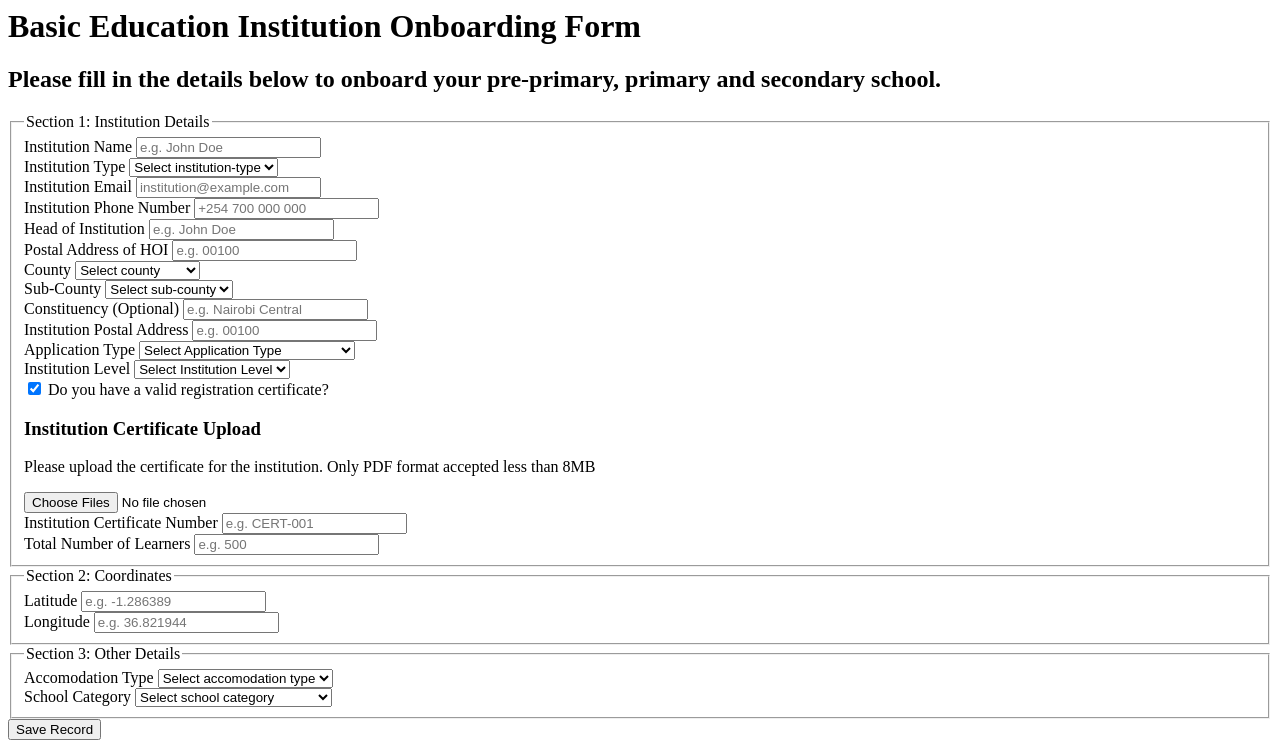
Repository: ndirituart/KEMIS
Page: angular-client/src/app/pages/basic-education/basic-education.html
These files come from the project's save history. The page is drawn as it stood at one moment and after the next save; the edit follows.
The browser window is 1280 px wide. The pictures show the whole page.

Above is the page before, as saved 2026-10-20 21:49:19.

### angular-client/src/app/pages/basic-education/basic-education.html
<div class="kemis-form-wrapper">
<form class="kemis-form" (ngSubmit)="onSubmit()" #myForm="ngForm">
<h1 class="text-center mb-4">Basic Education Institution Onboarding Form</h1>
<h2 class="text-center mb-4">Please fill in the details below to onboard your pre-primary, primary and secondary school.</h2>
  <!-- ========================================== -->
  <!-- Section 1: Institution Details                -->
  <!-- ========================================== -->
  <fieldset class="mb-4 p-3 border rounded">
    <legend class="float-none w-auto px-2 fs-5 fw-bold text-primary">Section 1: Institution Details</legend>

    <div class="row g-3">
      <!-- Institution Name -->
      <div class="col-md-6">
        <label for="fullName" class="form-label fw-semibold">Institution Name</label>
        <input type="text" class="form-control" id="fullName" name="fullName" placeholder="e.g. John Doe" required>
      </div>

      <!-- Type of School based on Gender -->
      <div class="col-md-6">
        <label for="institution-type" class="form-label fw-semibold">Institution Type</label>
        <select class="form-select" id="institution-type" name="institution-type" required>
          <option value="" disabled selected>Select institution-type</option>
          <option value="Boy's School">Boy's School</option>
          <option value="Girl's School">Girl's School</option>
          <option value="Mixed School">Mixed School</option>
        </select>
      </div>

      <!-- Institution Email -->
      <div class="col-md-6">
        <label for="emailId" class="form-label fw-semibold">Institution Email</label>
        <input type="email" class="form-control" id="emailId" name="emailId" placeholder="institution@example.com" required>
      </div>

      <!-- Institution Phone Number -->
      <div class="col-md-6">
        <label for="phoneNumber" class="form-label fw-semibold">Institution Phone Number</label>
        <input type="tel" class="form-control" id="phoneNumber" name="phoneNumber" placeholder="+254 700 000 000" required>
      </div>

      <!-- Head of Institution -->
      <div class="col-md-6">
        <label for="headOfInstitution" class="form-label fw-semibold">Head of Institution</label>
        <input type="text" class="form-control" id="headOfInstitution" name="headOfInstitution" placeholder="e.g. John Doe" required>
      </div>

      <!-- Postal Address of HOI -->
      <div class="col-md-6">
        <label for="postalAddressHoi" class="form-label fw-semibold">Postal Address of HOI</label>
        <input type="text" class="form-control" id="postalAddressHoi" name="postalAddressHoi" placeholder="e.g. 00100" required>
      </div>

      <!--County List-->
      <div class="col-md-6">
        <label for="county" class="form-label fw-semibold">County</label>
        <select class="form-select" id="county" name="county" required>
          <option value="" disabled selected>Select county</option>
      <option value="baringo">Baringo</option>
      <option value="bomet">Bomet</option>
      <option value="bungoma">Bungoma</option>
      <option value="busia">Busia</option>
      <option value="elgeyo marakwet">Elgeyo Marakwet</option>
      <option value="embu">Embu</option>
      <option value="garissa">Garissa</option>
      <option value="homa bay">Homa Bay</option>
      <option value="isiolo">Isiolo</option>
      <option value="kajiado">Kajiado</option>
      <option value="kakamega">Kakamega</option>
      <option value="kericho">Kericho</option>
      <option value="kiambu">Kiambu</option>
      <option value="kilifi">Kilifi</option>
      <option value="kirinyaga">Kirinyaga</option>
      <option value="kisii">Kisii</option>
      <option value="kisumu">Kisumu</option>
      <option value="kitui">Kitui</option>
      <option value="kwale">Kwale</option>
      <option value="laikipia">Laikipia</option>
      <option value="lamu">Lamu</option>
      <option value="machakos">Machakos</option>
      <option value="makueni">Makueni</option>
      <option value="mandera">Mandera</option>
      <option value="meru">Meru</option>
      <option value="migori">Migori</option>
      <option value="marsabit">Marsabit</option>
      <option value="mombasa">Mombasa</option>
      <option value="muranga">Muranga</option>
      <option value="nairobi">Nairobi</option>
      <option value="nakuru">Nakuru</option>
      <option value="nandi">Nandi</option>
      <option value="narok">Narok</option>
      <option value="nyamira">Nyamira</option>
      <option value="nyandarua">Nyandarua</option>
      <option value="nyeri">Nyeri</option>
      <option value="samburu">Samburu</option>
      <option value="siaya">Siaya</option>
      <option value="taita taveta">Taita Taveta</option>
      <option value="tana river">Tana River</option>
      <option value="tharaka nithi">Tharaka Nithi</option>
      <option value="trans nzoia">Trans Nzoia</option>
      <option value="turkana">Turkana</option>
      <option value="uasin gishu">Uasin Gishu</option>
      <option value="vihiga">Vihiga</option>
      <option value="wajir">Wajir</option>
      <option value="pokot">West Pokot</option>
  </select>
      </div>

      <!--TO-DO: Nestsed array for Sub-County List dependent on county chosen-->
      <div class="col-md-6">
        <label for="subCounty" class="form-label fw-semibold">Sub-County</label>
        <select class="form-select" id="subCounty" name="subCounty" required>
          <option value="" disabled selected>Select sub-county</option>
        </select>
      </div>

      <!--Constituency Name OPTIONAL-->
      <div class="col-md-6">
        <label for="constituency" class="form-label fw-semibold">Constituency (Optional)</label>
        <input type="text" class="form-control" id="constituency" name="constituency" placeholder="e.g. Nairobi Central">
      </div>

      <!--Institution Postal Address-->
      <div class="col-md-6">
        <label for="postalAddressInstitution" class="form-label fw-semibold">Institution Postal Address</label>
        <input type="text" class="form-control" id="postalAddressInstitution" name="postalAddressInstitution" placeholder="e.g. 00100" required>
      </div>

       <!-- Application Type -->
      <div class="col-md-6">
        <label for="application-type" class="form-label fw-semibold">Application Type</label>
        <select class="form-select" id="application-type" name="application-type" required>
          <option value="" disabled selected>Select Application Type</option>
          <option value="Regular School">Regular School</option>
          <option value="Regular School with Special Unit">Regular School with Special Unit</option>
          <option value="Special School">Special School</option>
        </select>
      </div>

       <!-- Institution Level -->
      <div class="col-md-6">
        <label for="institution-level" class="form-label fw-semibold">Institution Level</label>
        <select class="form-select" id="institution-level" name="institution-level" required>
          <option value="" disabled selected>Select Institution Level</option>
          <option value="Pre-Primary">Pre-Primary</option>
          <option value="Primary">Primary</option>
          <option value="Secondary">Secondary</option>
          <option value="High School">High School</option>
        </select>
      </div>

      <!-- Boolean Toggle (Switch) -->
      <div class="col-12 mt-3">
        <div class="form-check form-switch">
          <input class="form-check-input" type="checkbox" role="switch" id="isActive" name="isActive" checked>
          <label class="form-check-label fw-semibold" for="isActive">Do you have a valid registration certificate?</label>
        </div>
      </div>

      <!--Certificate Upload-->
      <div class="upload">
        <h3>Institution Certificate Upload</h3>
        <p class="upload__description">Please upload the certificate for the institution. Only PDF format accepted less than 8MB </p>
        <input class="upload__input" id="certificate_pdf" type="file" multiple />
        <div class="upload__files">
        </div>
      </div>

      <!--Institution Certificate Number-->
      <div class="col-md-6">
        <label for="certificateNumber" class="form-label fw-semibold">Institution Certificate Number</label>
        <input type="text" class="form-control" id="certificateNumber" name="certificateNumber" placeholder="e.g. CERT-001" required>
      </div>

      <!--Total Number of Learners-->
      <div class="col-md-6">
        <label for="totalLearners" class="form-label fw-semibold">Total Number of Learners</label>
        <input type="number" class="form-control" id="totalLearners" name="totalLearners" placeholder="e.g. 500" required>
      </div>

    </div>
  </fieldset>

  <!-- ========================================== -->
  <!-- SECTION 2: Coordinates            -->
  <!-- ========================================== -->
  <fieldset class="mb-4 p-3 border rounded">
    <legend class="float-none w-auto px-2 fs-5 fw-bold text-primary">Section 2: Coordinates</legend>

    <div class="row g-3">
      <!-- Latitude -->
      <div class="col-md-6">
        <label for="latitude" class="form-label fw-semibold">Latitude</label>
        <input type="number" class="form-control" id="latitude" name="latitude" placeholder="e.g. -1.286389" required>
      </div>

      <!-- Longitude -->
      <div class="col-md-6">
        <label for="longitude" class="form-label fw-semibold">Longitude</label>
        <input type="number" class="form-control" id="longitude" name="longitude" placeholder="e.g. 36.821944" required>
      </div>


    </div>
  </fieldset>

  <!-- ========================================== -->
  <!-- SECTION 3: Other Details                -->
  <!-- ========================================== -->
  <fieldset class="mb-4 p-3 border rounded">
    <legend class="float-none w-auto px-2 fs-5 fw-bold text-primary">Section 3: Other Details</legend>

    <div class="row g-3">

      <!-- Accomodation Type -->
      <div class="col-md-6">
        <label for="accomodation-type" class="form-label fw-semibold">Accomodation Type</label>
        <select class="form-select" id="accomodation-type" name="accomodation-type" required>
          <option value="" disabled selected>Select accomodation type</option>
          <option value="Day">Day</option>
          <option value="Boarding">Boarding</option>
          <option value="Hybrid">Hybrid</option>
        </select>
      </div>

      <!-- School Category -->
      <div class="col-md-6">
        <label for="school-category" class="form-label fw-semibold">School Category</label>
        <select class="form-select" id="school-category" name="school-category" required>
          <option value="" disabled selected>Select school category</option>
          <option value="Private">Private</option>
          <option value="Public">Public</option>
          <option value="Refugee Camp-based School">Refugee Camp-based School</option>
        </select>
      </div>
    </div>
  </fieldset>

  <!-- Submit Button -->
  <div class="d-grid gap-2 mt-4">
    <button type="submit" class="btn btn-primary btn-lg">Save Record</button>
  </div>

</form>
</div>

After the next save:
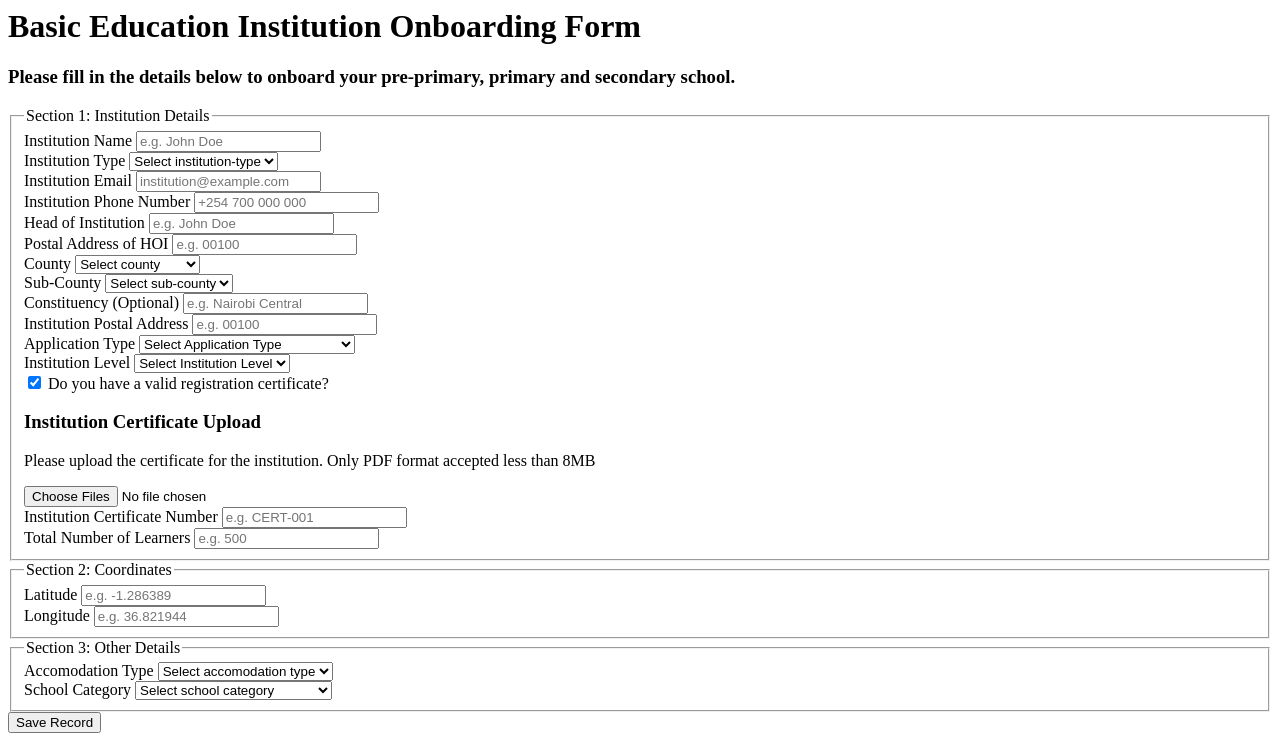
Saved 55 s later.
--- a/angular-client/src/app/pages/basic-education/basic-education.html
+++ b/angular-client/src/app/pages/basic-education/basic-education.html
@@ -1,7 +1,7 @@
 <div class="kemis-form-wrapper">
 <form class="kemis-form" (ngSubmit)="onSubmit()" #myForm="ngForm">
 <h1 class="text-center mb-4">Basic Education Institution Onboarding Form</h1>
-<h2 class="text-center mb-4">Please fill in the details below to onboard your pre-primary, primary and secondary school.</h2>
+<h3 class="text-center mb-2">Please fill in the details below to onboard your pre-primary, primary and secondary school.</h3>
   <!-- ========================================== -->
   <!-- Section 1: Institution Details                -->
   <!-- ========================================== -->
